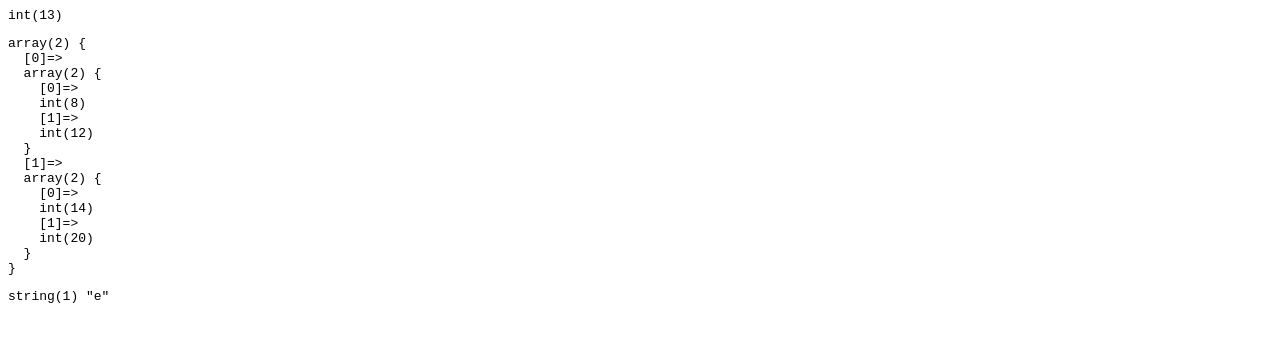
Repository: Alex-Serky/Backend_PHP
Page: http://localhost/contact.php
An editor plug-in stored every save of this project. The page is shown before and after the next save, followed by the edit.
The browser window is 1280 px wide. The pictures show the whole page.
The page is run by PHP 8.4 with error messages shown; the project is at /var/www/html/.

Above is the page before, as saved 2020-07-20 22:16:25.

After the next save:
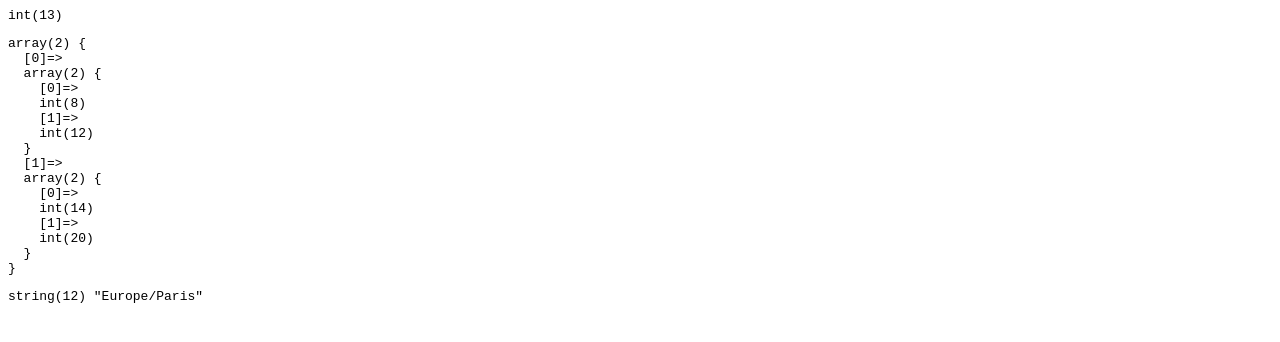
Saved 10 min 1 s later.
--- a/contact.php
+++ b/contact.php
@@ -8,7 +8,7 @@ $heure = (int)date('G'); // Récupérer l'heure d'aujourd'hui
 $creneaux = CRENEAUX[date('N') - 1]; // Récupérer les créneaux d'aujourd'hui $creneaux
 dump($heure);
 dump($creneaux);
-dump('e');
+dump(date('e'));
 exit();
 $ouvert = in_creneaux($heure, $creneaux); // Récupérer l'état d'ouverture du magasin
 require 'header.php';
